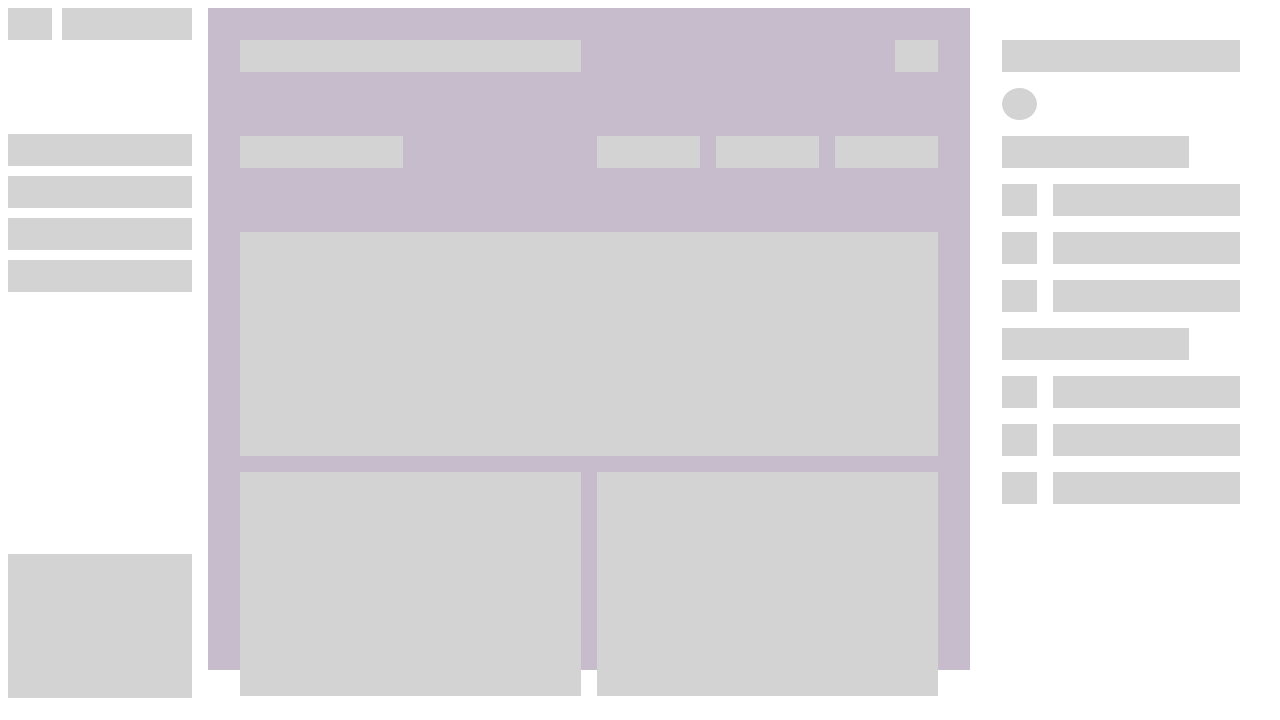
Repository: tr2cky/exercise2
Page: index.html
An editor plug-in stored every save of this project. The page is shown before and after the next save, followed by the edit.
The browser window is 1280 px wide. The pictures show the whole page.

Above is the page before, as saved 2022-10-01 19:08:59.

### index.html
<!DOCTYPE html>
<html lang="en">

<head>
    <meta charset="UTF-8">
    <meta http-equiv="X-UA-Compatible" content="IE=edge">
    <meta name="viewport" content="width=device-width, initial-scale=1.0">
    <link rel="stylesheet" href="style.css">
    <title>Document</title>
</head>

<body>
    <div class="container">
        <div class="side1">
        <div id="box1"></div>
        <div id="box2"></div>
        <div id="box3"></div>
        <div id="box4"></div>
        <div id="box5"></div>
        <div id="box6"></div>
        <div id="box7"></div>
        <div id="box8"></div>
        </div>
        <main>
            <div id="boxa"></div>
            <div id="boxb"></div>
            <div id="boxc"></div>
            <div id="boxd"></div>
            <div id="boxe"></div>
            <div id="boxf"></div>
            <div id="boxg"></div>
            <div id="boxh"></div>
            <div id="boxj"></div>
        </main>
        <div class="side2">
            <div id="box21"></div>
            <div id="box22"></div>
            <div id="box23"></div>
            <div id="box24"></div>
            <div id="box25"></div>
            <div id="box26"></div>
            <div id="box27"></div>
            <div id="box28"></div>
            <div id="box29"></div>
            <div id="box30"></div>
            <div id="box31"></div>
            <div id="box32"></div>
            <div id="box33"></div>
            <div id="box34"></div>
            <div id="box35"></div>
            <div id="box36"></div>
            <div id="box37"></div>
        </div>
    </div>
</body>

</html>

### style.css
.container {
    display: flex;
    flex-direction: row;
    height: 92vh;
}

main {
    flex-grow: 3;
    background-color: rgb(199, 188, 204);
    display: grid;
    grid-template-columns: repeat(12, 1fr);
    grid-auto-rows: 2em;
    grid-gap: 1em;
    padding: 2em;
}

.side1 {
    flex-grow: 1;
    display: grid;
    grid-template-columns: 1fr 3fr;
    grid-auto-rows: 2em;
    grid-gap: 10px;
    margin-right: 1em;
}

.side2 {
    flex-grow: 1;
}

.side1 div,
main div,
.side2 div {
    background-color: lightgray;
}

#box3 {
    grid-column: 1/3;
    grid-row: 8;
    justify-self: start;
}

#box4 {
    grid-column: 1/3;
    grid-row: 4;
}

#box5 {
    grid-column: 1/3;
    grid-row: 5;
}

#box6 {
    grid-column: 1/3;
    grid-row: 6;
}

#box7 {
    grid-column: 1/3;
    grid-row: 7;
}

#box8 {
    grid-column: 1/3;
    grid-row: 14;
    height: 9em;
}

#boxa {
    grid-column: 1/7;
}

#boxb {
    grid-column: 12;
}

#boxc {
    grid-column: 1/4;
    grid-row: 3;
}
#boxd {
    grid-column: 7/9;
    grid-row: 3;
}
#boxe {
    grid-column: 9/11;
    grid-row: 3;
}
#boxf {
    grid-column: 11/13;
    grid-row: 3;
}
#boxg {
    grid-row: 5/10;
    grid-column: 1/13
}
#boxh {
    grid-row: 10/15;
    grid-column: 1/7;
}
#boxj {
    grid-row: 10/15;
    grid-column: 7/13;
}
.side2 {
    display: grid;
    grid-template-columns: repeat(5, 1fr);
    grid-gap: 1em;
    grid-auto-rows: 2em;
    padding: 2em;
}
#box21 {
    border-radius: 50%;
}
#box22 {
    grid-area: 1 / 2 / 1 / 6;
}
#box23, #box30 {
    grid-column: 1/5
}
#box24, #box26, #box28, #box31, #box33, #box35 {
    grid-column: 1;
}
#box25, #box27, #box29, #box32, #box34, #box36 {
    grid-column: 2/6;
}
#box37 {
    grid-column: 1/6;
    grid-row-end: span3;
}

After the next save:
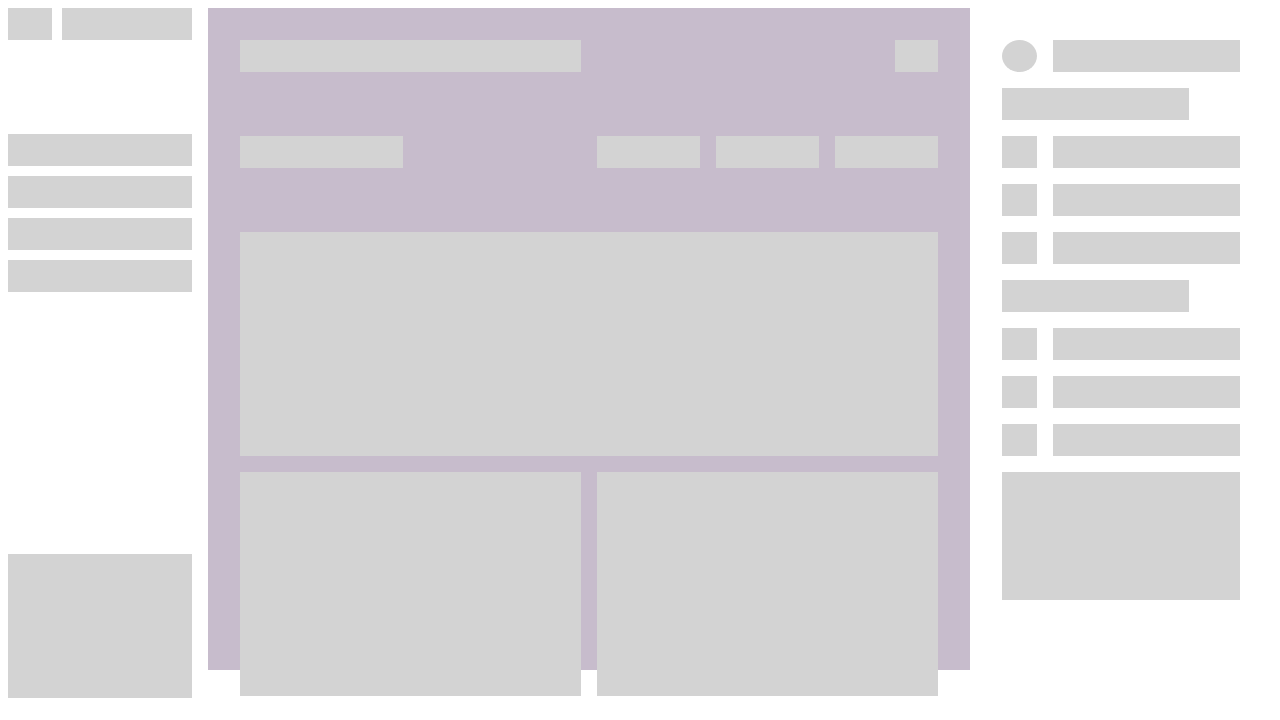
Saved 32 s later.
--- a/style.css
+++ b/style.css
@@ -125,5 +125,5 @@ main div,
 }
 #box37 {
     grid-column: 1/6;
-    grid-row-end: span3;
+    grid-row-end: span 3;
 }
